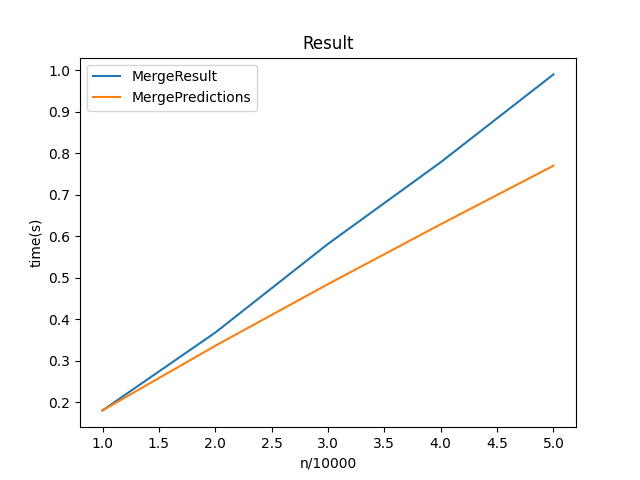
Repository: shadowofgost/AlgorithmCode
Script's output: python lab1.py
The author's editor kept a copy of each file at every save. The script's output is drawn from the files as they stood at one save, then again after the next save.
Random numbers start from a fixed seed.

Above is the script's output before, as saved 2021-09-22 17:11:33.

### lab1.py
"""
Author: Zirui Wang
Date: 2021-09-21 18:13:25
LastEditTime: 2021-09-22 08:55:27
LastEditors: Please set LastEditors
Description: First lab
FilePath: \AlgorithmCode\lab1.py
"""

# from matplotlib import pyplot as plt
from random import randint
from time import time
from copy import copy, deepcopy
from numpy import mean
from multiprocessing import Pool
from math import log


def insert_sort(initial_list):
    """
    插入排序

    Args:
        initial_list (list): 初始数据列表

    Returns:
        list: 结果数据列表
    """
    length = len(initial_list)
    if length <= 1:
        return initial_list
    for i in range(length):
        target = initial_list[i]
        for j in range(i, -1, -1):
            if j == 0:
                initial_list[j] = target
                break
            if target < initial_list[j - 1]:
                initial_list[j] = initial_list[j - 1]
            else:
                initial_list[j] = target
                break
    result_list = initial_list
    return result_list


def merge_sort(initial_list):
    """
    归并排序

    Args:
        initial_list (list): 初始数据列表

    Returns:
        list: 结果数据列表
    """

    def merge(s1, s2, s):
        """将两个列表是s1，s2按顺序融合为一个列表s,s为原列表"""
        # j和i就相当于两个指向的位置，i指s1，j指s2
        i = j = 0
        length = len(s)
        while i + j < length:
            # j==len(s2)时说明s2走完了，或者s1没走完并且s1中该位置是最小的
            if j == len(s2) or (i < len(s1) and s1[i] < s2[j]):
                s[i + j] = s1[i]
                i += 1
            else:
                s[i + j] = s2[j]
                j += 1

    n = len(initial_list)
    # 剩一个或没有直接返回，不用排序
    if n < 2:
        return
    # 拆分
    mid = n // 2
    s1 = initial_list[0:mid]
    s2 = initial_list[mid:n]
    # 子序列递归调用排序
    merge_sort(s1)
    merge_sort(s2)
    # 合并
    merge(s1, s2, initial_list)
    return initial_list


'''
def test_insert_sort_single(initial_list):
    begin = time()
    insert_sort(initial_list)
    end = time()
    return end - begin


def test_insert_sort_once(initial_list):
    """
    计算每次n，10次情况下的平均值

    Args:
        initial_list ([type]): [description]

    Returns:
        [type]: [description]
    """
    pools_once = Pool(len(initial_list))
    result = pools_once.map(test_insert_sort_single, initial_list)
    pools_once.join()
    return mean(result)
'''


def test_insert_sort_once(initial_list):
    tmp_time_list = []
    for i in range(len(initial_list)):
        initial_list[i] = list(initial_list[i])
        begin = time()
        insert_sort(initial_list[i])
        end = time()
        tmp_time_list.append(end - begin)
    return mean(tmp_time_list)


def test_insert_sort(initial_list):
    insert_sort_list = deepcopy(initial_list)
    for i in range(len(insert_sort_list)):
        """
        for j in range(len(insert_sort_list[i])):
            insert_sort_list[i][j] = tuple(insert_sort_list[i][j])
        insert_sort_list[i] = tuple(insert_sort_list[i])
        """
    pools = Pool(len(insert_sort_list))
    result = pools.map(test_insert_sort_once, insert_sort_list)
    pools.close()
    pools.join()
    return result


def test_merge_sort(initial_list):
    merge_sort_list = deepcopy(initial_list)
    time_list = []
    for i in merge_sort_list:
        tmp_time_list = []
        for j in i:
            begin = time()
            merge_sort(j)
            end = time()
            tmp_time_list.append(end - begin)
        time_list.append(mean(tmp_time_list))
    return time_list


def run():
    n_list = [10000, 20000, 30000, 40000, 50000]
    initial_list = [
        [[randint(0, n_list[k]) for i in range(n_list[k])] for j in range(10)]
        for k in range(len(n_list))
    ]
    begin = time()
    merge_sort_time_result = test_merge_sort(initial_list)
    end = time()
    print(end - begin)
    print(merge_sort_time_result)
    begin = time()
    insert_sort_time_result = test_insert_sort(initial_list)
    end = time()
    print(end - begin)
    print(insert_sort_time_result)


def test():
    n_list = [10000, 20000, 30000, 40000, 50000]
    initial_list = [
        [[randint(0, n_list[k]) for i in range(n_list[k])] for j in range(10)]
        for k in range(len(n_list))
    ]
    insert_sort_initial_list = deepcopy(initial_list[0][0])
    merge_sort_initial_list = deepcopy(initial_list[0][0])
    begin = time()
    merge_sort_time_result = merge_sort(merge_sort_initial_list)
    end = time()
    print(end - begin)
    print(merge_sort_time_result)
    begin = time()
    insert_sort_time_result = insert_sort(insert_sort_initial_list)
    end = time()
    print(end - begin)
    print(insert_sort_time_result)


merge_sort_time_result = [
    0.11930041313171387,
    0.48359973430633546,
    1.0410563230514527,
    1.2678932189941405,
    2.6394350051879885,
]
insert_sort_time_result = [
    0.11930041313171387,
    0.48359973430633546,
    1.0410563230514527,
    1.2678932189941405,
    2.6394350051879885,
]


def draw_pictures():
    merge_sort_time_result = [
        0.044800305366516115,
        0.050899600982666014,
        0.08979978561401367,
        0.11115198135375977,
        0.1690195083618164,
    ]
    merge_sort_time_result =[0.1809403657913208, 0.36830027103424073, 0.5818017005920411, 0.7784999370574951, 0.9898996829986573]
    insert_sort_time_result = [
        0.1289997100830078,
        0.4636999130249023,
        0.9908000946044921,
        1.7316908359527587,
        1.952409553527832,
    ]
    insert_sort_time_result = [21.732965779304504, 88.47726345062256, 191.0323684692383, 326.29902441501616, 484.08071608543395]
    n_list = [10000, 20000, 30000, 40000, 50000]
    x_list = [i for i in range(1,len(n_list)+1)]
    merge_k = merge_sort_time_result[0] / (log(2, n_list[0]) * n_list[0])
    insert_k = insert_sort_time_result[0] / (n_list[0]) ** 2
    merge_sort_time_predictions = [
        merge_k * n_list[i]*log(2,n_list[i]) for i in range(len(n_list))
    ]
    insert_sort_time_predictions = [
        insert_k * n_list[i]**2 for i in range(len(n_list))
    ]
    from matplotlib import pyplot as plt

    plt.plot(x_list, merge_sort_time_result, label="MergeResult")
    plt.plot(x_list, merge_sort_time_predictions, label="MergePredictions")
    #plt.plot(x_list, insert_sort_time_result, label="InsertResult")
    #plt.plot(x_list, insert_sort_time_predictions, label="InsertPredictions")
    plt.xlabel("n/10000")
    plt.ylabel("time(s)")
    plt.title("Result")
    plt.legend()
    plt.show()


if __name__ == "__main__":
    #run()
    # test()
    draw_pictures()

After the next save:
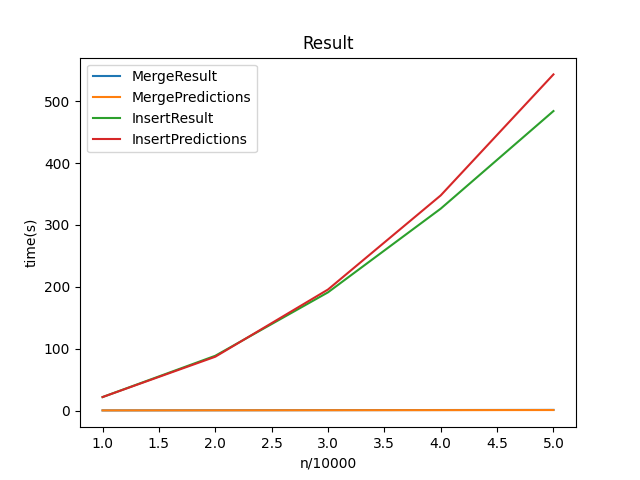
Saved 95 min 18 s later.
--- a/lab1.py
+++ b/lab1.py
@@ -235,8 +235,8 @@ def draw_pictures():
 
     plt.plot(x_list, merge_sort_time_result, label="MergeResult")
     plt.plot(x_list, merge_sort_time_predictions, label="MergePredictions")
-    #plt.plot(x_list, insert_sort_time_result, label="InsertResult")
-    #plt.plot(x_list, insert_sort_time_predictions, label="InsertPredictions")
+    plt.plot(x_list, insert_sort_time_result, label="InsertResult")
+    plt.plot(x_list, insert_sort_time_predictions, label="InsertPredictions")
     plt.xlabel("n/10000")
     plt.ylabel("time(s)")
     plt.title("Result")
